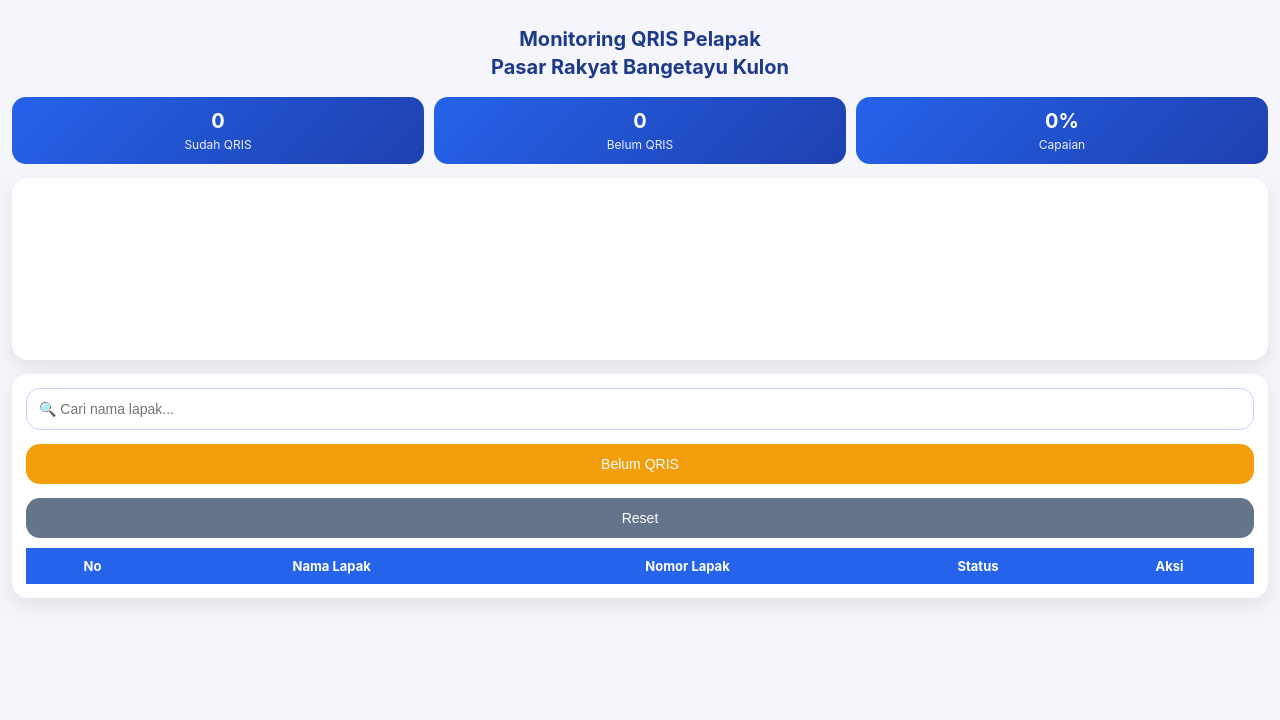
Repository: pasarrakyatbak/monitoringqrispelapak
Page: qris.html
The author's editor kept a copy of each file at every save. The page is drawn from the files as they stood at one save, then again after the next save.
The browser window is 1280 px wide. The pictures show the whole page.
The page's requests for data from a server got no answer.

Above is the page before, as saved 2026-01-06 19:17:49.

### qris.html
<!DOCTYPE html>
<html lang="id">

<head>
    <meta charset="UTF-8">
    <meta name="viewport" content="width=device-width, initial-scale=1">
    <title>Monitoring QRIS Pelapak</title>

    <!-- CSS -->
    <link rel="stylesheet" href="qris.css">

    <!-- Chart.js -->
    <script src="https://cdn.jsdelivr.net/npm/chart.js"></script>
</head>

<body>

    <h1>Monitoring QRIS Pelapak<br>Pasar Rakyat Bangetayu Kulon</h1>

    <!-- Statistik -->
    <div class="stats">
        <div class="stat-card">
            <h3 id="jmlSudah">0</h3>
            <p>Sudah QRIS</p>
        </div>
        <div class="stat-card">
            <h3 id="jmlBelum">0</h3>
            <p>Belum QRIS</p>
        </div>
        <div class="stat-card">
            <h3 id="persenQRIS">0%</h3>
            <p>Capaian</p>
        </div>
    </div>

    <!-- Grafik -->
    <div class="card">
        <canvas id="chartQRIS"></canvas>
    </div>

    <!-- Toolbar -->
    <div class="card">
        <div class="toolbar">
            <input type="text" id="searchLapak" placeholder="🔍 Cari nama lapak..." class="search-input"
                onkeyup="filterLapak()">

            <button class="filter-btn" onclick="filterBelumQRIS()">Belum QRIS</button>
            <button class="reset-btn" onclick="resetFilter()">Reset</button>
        </div>

        <!-- Table -->
        <table>
            <thead>
                <tr>
                    <th>No</th>
                    <th>Nama Lapak</th>
                    <th>Nomor Lapak</th>
                    <th>Status</th>
                    <th>Aksi</th>
                </tr>
            </thead>
            <tbody id="dataQRIS"></tbody>
        </table>
    </div>

    <!-- JS -->
    <script src="qris.js"></script>

</body>

</html>

### qris.css
* {
    box-sizing: border-box;
}

body {
    font-family: Inter, Arial, sans-serif;
    background: #f4f6fb;
    margin: 0;
    padding: 12px;
}

/* ================= HEADER ================= */
h1 {
    text-align: center;
    color: #1e3a8a;
    font-size: 20px;
    line-height: 1.4;
    margin-bottom: 16px;
}

/* ================= CARD ================= */
.card {
    background: #ffffff;
    border-radius: 16px;
    padding: 14px;
    margin-bottom: 14px;
    box-shadow: 0 8px 20px rgba(0, 0, 0, .08);
}

/* ================= STATISTIK ================= */
.stats {
    display: grid;
    grid-template-columns: repeat(3, 1fr);
    gap: 10px;
    margin-bottom: 14px;
}

.stat-card {
    background: linear-gradient(135deg, #2563eb, #1e40af);
    color: white;
    padding: 12px 8px;
    border-radius: 14px;
    text-align: center;
}

.stat-card h3 {
    margin: 0;
    font-size: 20px;
}

.stat-card p {
    margin: 4px 0 0;
    font-size: 12px;
    opacity: .9;
}

/* ================= TOOLBAR ================= */
.toolbar {
    display: flex;
    flex-direction: column;
    gap: 8px;
    margin-bottom: 10px;
}

.search-input {
    width: 100%;
    padding: 12px;
    border-radius: 14px;
    border: 1px solid #c7d2fe;
    font-size: 14px;
}

.filter-btn,
.reset-btn {
    width: 100%;
    padding: 12px;
    border-radius: 14px;
    border: none;
    font-size: 14px;
    cursor: pointer;
}

.filter-btn {
    background: #f59e0b;
    color: white;
}

.reset-btn {
    background: #64748b;
    color: white;
}

/* ================= TABLE (DESKTOP) ================= */
table {
    width: 100%;
    border-collapse: collapse;
}

th {
    background: #2563eb;
    color: white;
    padding: 10px;
    font-size: 13px;
}

td {
    padding: 8px;
    border-bottom: 1px solid #eee;
    font-size: 13px;
}

input,
select {
    width: 100%;
    padding: 8px;
    border-radius: 10px;
    border: 1px solid #ddd;
    font-size: 13px;
}

button {
    width: 100%;
    margin-top: 6px;
    padding: 10px;
    background: #2563eb;
    color: white;
    border: none;
    border-radius: 12px;
    font-size: 13px;
}

/* ================= BADGE ================= */
.badge {
    display: inline-block;
    padding: 5px 12px;
    border-radius: 999px;
    font-size: 12px;
    font-weight: 600;
}

.badge-sudah {
    background: #dcfce7;
    color: #166534;
}

.badge-belum {
    background: #fff7ed;
    color: #9a3412;
}

/* ================= HIGHLIGHT ================= */
tr.belum-qris {
    background: #fff7ed;
}

/* ================= MOBILE CARD MODE ================= */
@media (max-width: 768px) {

    table,
    thead {
        display: none;
    }

    tbody {
        display: flex;
        flex-direction: column;
        gap: 10px;
    }

    tr {
        display: block;
        background: #ffffff;
        border-radius: 14px;
        padding: 12px;
        box-shadow: 0 6px 16px rgba(0, 0, 0, .06);
    }

    tr.belum-qris {
        border-left: 6px solid #f59e0b;
    }

    td {
        display: block;
        border: none;
        padding: 4px 0;
        font-size: 13px;
    }

    td::before {
        content: attr(data-label);
        font-size: 11px;
        color: #64748b;
        display: block;
        margin-bottom: 2px;
    }
}

### qris.js
const API_URL = "https://script.google.com/macros/s/AKfycby4z2qZ24SrJkcyGpybH29lSUC_3_z1LG-7wSmTzpaOEXrwjXf0Cl3hqkg95qAxPj1-/exec";

let semuaData = [];
let dataAktif = [];
let chart;

/* ================= LOAD DATA ================= */

function loadData() {
    fetch(`${API_URL}?action=listQRIS`)
        .then(res => res.json())
        .then(json => {
            semuaData = json.data;
            dataAktif = semuaData;
            renderTable(dataAktif);
        });
}

function loadStatistik() {
    fetch(`${API_URL}?action=statistikQRIS`)
        .then(res => res.json())
        .then(d => {
            document.getElementById("jmlSudah").innerText = d.sudah;
            document.getElementById("jmlBelum").innerText = d.belum;
            document.getElementById("persenQRIS").innerText =
                Math.round((d.sudah / d.totalPelapak) * 100) + "%";

            renderChart(d.sudah, d.belum);
        });
}

/* ================= TABLE ================= */

function renderTable(data) {
    const tbody = document.getElementById("dataQRIS");
    tbody.innerHTML = "";

    data.forEach(d => {
        const tr = document.createElement("tr");
        if (d.statusQRIS !== "Sudah") tr.classList.add("belum-qris");

        const badge = d.statusQRIS === "Sudah"
            ? `<span class="badge badge-sudah">Sudah QRIS</span>`
            : `<span class="badge badge-belum">Belum QRIS</span>`;

        tr.innerHTML = `
            <td data-label="No">${d.no}</td>
            <td data-label="Nama Lapak"><strong>${d.nama}</strong></td>
            <td data-label="Nomor Lapak">
                <input id="lapak-${d.no}" value="${d.nomorLapak || ''}">
            </td>
            <td data-label="Status">${badge}</td>
            <td data-label="Aksi">
                <select id="status-${d.no}">
                    <option ${d.statusQRIS === "Belum" ? "selected" : ""}>Belum</option>
                    <option ${d.statusQRIS === "Sudah" ? "selected" : ""}>Sudah</option>
                </select>
                <button onclick="simpan(${d.no})">Simpan</button>
            </td>
        `;

        tbody.appendChild(tr);
    });
}

/* ================= FILTER ================= */

function filterLapak() {
    const keyword = document.getElementById("searchLapak").value.toLowerCase();
    renderTable(
        dataAktif.filter(d => d.nama.toLowerCase().includes(keyword))
    );
}

function filterBelumQRIS() {
    dataAktif = semuaData.filter(d => d.statusQRIS !== "Sudah");
    renderTable(dataAktif);
}

function resetFilter() {
    document.getElementById("searchLapak").value = "";
    dataAktif = semuaData;
    renderTable(dataAktif);
}

/* ================= SAVE ================= */

function simpan(no) {
    const nomorLapak = document.getElementById(`lapak-${no}`).value;
    const statusQRIS = document.getElementById(`status-${no}`).value;

    fetch(`${API_URL}?action=updateQRISPelapak&no=${no}&nomorLapak=${encodeURIComponent(nomorLapak)}&statusQRIS=${statusQRIS}`, {
        method: "POST"
    })
        .then(() => {
            loadData();
            loadStatistik();
        });
}

/* ================= CHART ================= */

function renderChart(sudah, belum) {
    const ctx = document.getElementById("chartQRIS");

    if (chart) chart.destroy();

    chart = new Chart(ctx, {
        type: "doughnut",
        data: {
            labels: ["Sudah QRIS", "Belum QRIS"],
            datasets: [{
                data: [sudah, belum]
            }]
        },
        options: {
            plugins: {
                legend: { position: "bottom" }
            }
        }
    });
}

/* ================= INIT ================= */

loadData();
loadStatistik();

After the next save:
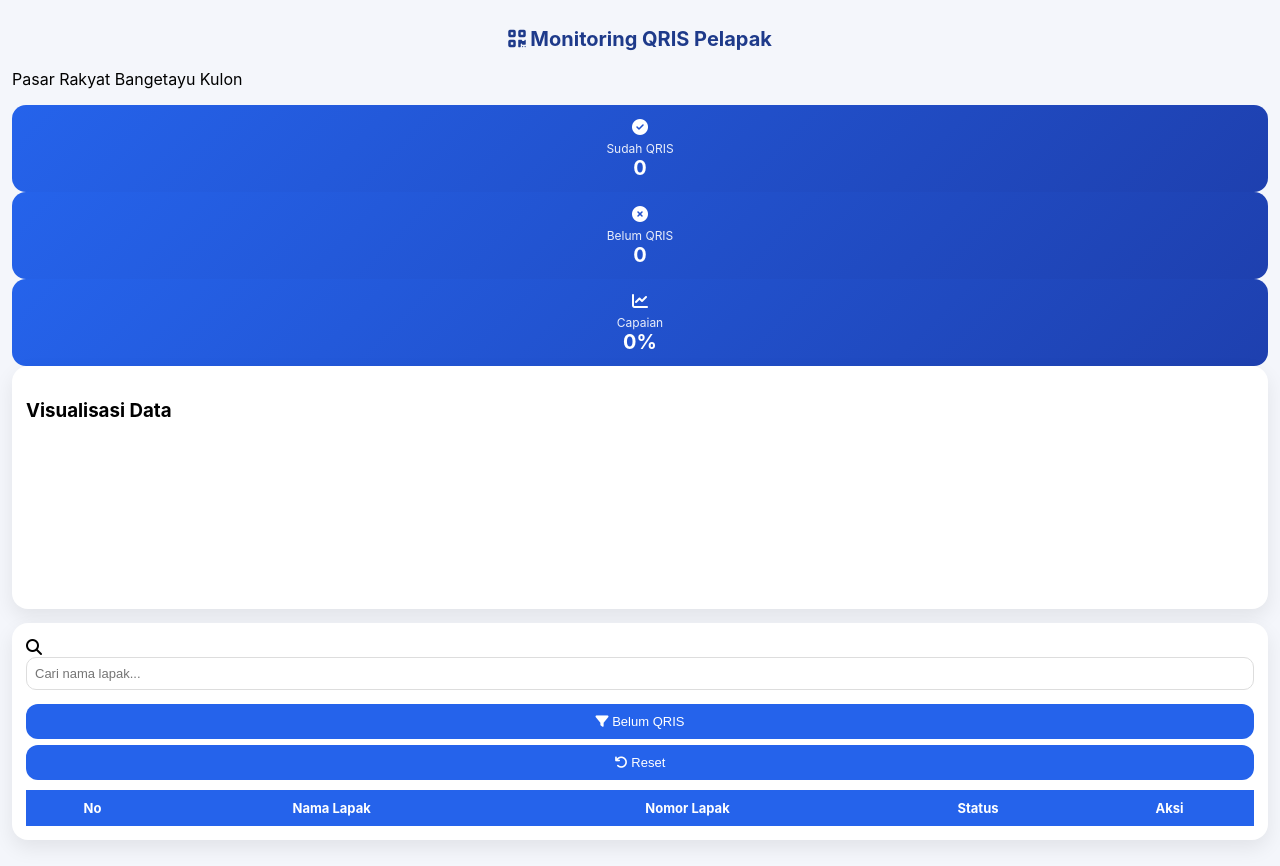
Saved 2 min 28 s later.
--- a/qris.html
+++ b/qris.html
@@ -4,68 +4,92 @@
 <head>
     <meta charset="UTF-8">
     <meta name="viewport" content="width=device-width, initial-scale=1">
-    <title>Monitoring QRIS Pelapak</title>
-
-    <!-- CSS -->
+    <title>Monitoring QRIS | Pasar Rakyat</title>
+    <link href="https://fonts.googleapis.com/css2?family=Plus+Jakarta+Sans:wght@400;500;600;700&display=swap"
+        rel="stylesheet">
+    <link rel="stylesheet" href="https://cdnjs.cloudflare.com/ajax/libs/font-awesome/6.4.0/css/all.min.css">
     <link rel="stylesheet" href="qris.css">
-
-    <!-- Chart.js -->
     <script src="https://cdn.jsdelivr.net/npm/chart.js"></script>
 </head>
 
 <body>
 
-    <h1>Monitoring QRIS Pelapak<br>Pasar Rakyat Bangetayu Kulon</h1>
+    <header class="main-header">
+        <div class="header-content">
+            <h1><i class="fas fa-qrcode"></i> Monitoring QRIS Pelapak</h1>
+            <p>Pasar Rakyat Bangetayu Kulon</p>
+        </div>
+    </header>
 
-    <!-- Statistik -->
-    <div class="stats">
-        <div class="stat-card">
-            <h3 id="jmlSudah">0</h3>
-            <p>Sudah QRIS</p>
-        </div>
-        <div class="stat-card">
-            <h3 id="jmlBelum">0</h3>
-            <p>Belum QRIS</p>
-        </div>
-        <div class="stat-card">
-            <h3 id="persenQRIS">0%</h3>
-            <p>Capaian</p>
-        </div>
-    </div>
+    <main class="container">
+        <section class="stats-grid">
+            <div class="stat-card blue">
+                <div class="stat-icon"><i class="fas fa-check-circle"></i></div>
+                <div class="stat-info">
+                    <p>Sudah QRIS</p>
+                    <h3 id="jmlSudah">0</h3>
+                </div>
+            </div>
+            <div class="stat-card orange">
+                <div class="stat-icon"><i class="fas fa-times-circle"></i></div>
+                <div class="stat-info">
+                    <p>Belum QRIS</p>
+                    <h3 id="jmlBelum">0</h3>
+                </div>
+            </div>
+            <div class="stat-card green">
+                <div class="stat-icon"><i class="fas fa-chart-line"></i></div>
+                <div class="stat-info">
+                    <p>Capaian</p>
+                    <h3 id="persenQRIS">0%</h3>
+                </div>
+            </div>
+        </section>
 
-    <!-- Grafik -->
-    <div class="card">
-        <canvas id="chartQRIS"></canvas>
-    </div>
+        <section class="chart-container card">
+            <div class="card-header">
+                <h3>Visualisasi Data</h3>
+            </div>
+            <div class="canvas-wrapper">
+                <canvas id="chartQRIS"></canvas>
+            </div>
+        </section>
 
-    <!-- Toolbar -->
-    <div class="card">
-        <div class="toolbar">
-            <input type="text" id="searchLapak" placeholder="🔍 Cari nama lapak..." class="search-input"
-                onkeyup="filterLapak()">
+        <section class="data-section card">
+            <div class="toolbar">
+                <div class="search-box">
+                    <i class="fas fa-search"></i>
+                    <input type="text" id="searchLapak" placeholder="Cari nama lapak..." onkeyup="filterLapak()">
+                </div>
+                <div class="filter-actions">
+                    <button class="btn btn-warning" onclick="filterBelumQRIS()">
+                        <i class="fas fa-filter"></i> Belum QRIS
+                    </button>
+                    <button class="btn btn-secondary" onclick="resetFilter()">
+                        <i class="fas fa-undo"></i> Reset
+                    </button>
+                </div>
+            </div>
 
-            <button class="filter-btn" onclick="filterBelumQRIS()">Belum QRIS</button>
-            <button class="reset-btn" onclick="resetFilter()">Reset</button>
-        </div>
+            <div class="table-responsive">
+                <table>
+                    <thead>
+                        <tr>
+                            <th>No</th>
+                            <th>Nama Lapak</th>
+                            <th>Nomor Lapak</th>
+                            <th>Status</th>
+                            <th>Aksi</th>
+                        </tr>
+                    </thead>
+                    <tbody id="dataQRIS">
+                    </tbody>
+                </table>
+            </div>
+        </section>
+    </main>
 
-        <!-- Table -->
-        <table>
-            <thead>
-                <tr>
-                    <th>No</th>
-                    <th>Nama Lapak</th>
-                    <th>Nomor Lapak</th>
-                    <th>Status</th>
-                    <th>Aksi</th>
-                </tr>
-            </thead>
-            <tbody id="dataQRIS"></tbody>
-        </table>
-    </div>
-
-    <!-- JS -->
     <script src="qris.js"></script>
-
 </body>
 
 </html>
